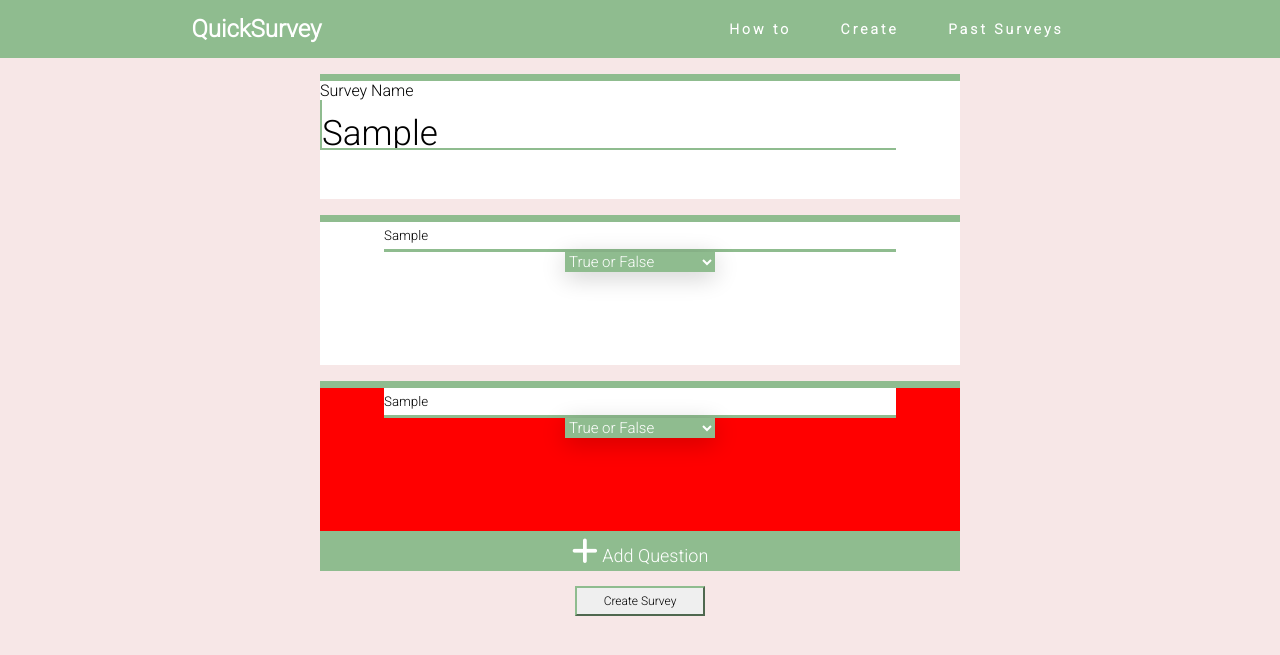
Repository: cakuang1/QuickSurvey
Page: create.html
An editor plug-in stored every save of this project. The page is shown before and after the next save, followed by the edit.
The browser window is 1280 px wide. The pictures show the whole page.
Empty fields were first filled with sample values (such as "Sample", 5 or name@example.com).
After loading, the first visible `button.adds` was clicked once.
Some web libraries are served in a nearby version.

Above is the page before, as saved 2022-01-09 22:52:41.

### create.html
<!DOCTYPE html>
<html>
<head>
    <title>QuickSurvey</title>
    <link href="https://fonts.googleapis.com/css2?family=Roboto:wght@300&display=swap" rel="stylesheet">
    <meta charset="UTF-8">
    <link rel="stylesheet" href="style.css">

    <script src="https://kit.fontawesome.com/71865f0e2e.js" crossorigin="anonymous"></script>


</head>

<body>
        <nav class="navbar">
            <div class = 'heading'>
                <h2 id = "logo">QuickSurvey</h2>
            </div>
            <ul class="nav-menu">
                <li><a href="index.html" >How to</a></li>
                <li><a href="create.html">Create</a></li>
                <li><a href="pastsurveys.html">Past Surveys</a></li>
            </ul>
        </nav>

    </div>
    <div class="namecontainer">
        <label>Survey Name </label>
        <form ><input type="text" id = "testing"Survey name="Name"></form>

    </div>
    <form action="" class="theform">
        <div class = "formdiv">
            <input type="text" class="inps" placeholder="Question 1">
            <select name="" class="selectors">
                <option value="TF">True or False</option>
                <option value="SR">Short Response</option>
            </select>
        </div>
        <div align = "center" class = "bottomdiv">
        <button type = "button" class = "adds"> <i class="fas fa-plus"></i> Add Question</button><br>
        <input type="submit" value="Create Survey" class="creates">
        </div>
    </form>

</body>
<script src="app.js"></script>
</html>

### style.css
* {
    box-sizing: border-box;
    margin: 0;
    padding: 0;
    font-family: 'Roboto', sans-serif;
}
body{
    background-color: #f7e7e7;


}
nav {
    display: flex;
    justify-content: space-around;
    align-items: center;
    min-height: 8vh;
    background-color: darkseagreen;
}

.nav-menu {
    display: flex;
    justify-content: space-around;
    width: 30%;
}


.creates {
    text-align: center;
    width: 130px;
    height:30px;
    padding: 0;
    border-color: darkseagreen;
    color: #000;
    font-size: 12px;
    margin-top: 15px;
}
.nav-menu li {
    list-style: none;
}
.nav-menu a{
    color:white;
    text-decoration: none;
    letter-spacing: 3px;
    font-weight: bold;
    font-size: 14px;
    padding: 14px 16px;

}
.nav-menu li a:hover:not(.active){
    background-color: lightseagreen;
}
.nav-ment li a.active {
    background-color: darkseagreen;
}

.namecontainer {
    background-color: white;
    width: 50%;
    margin: auto;
    margin-top: 1em;
    border-top: 7px solid darkseagreen;
    height: 125px;

}


.namecontainer input {
    width: 90%;
    height: 50px;
    background: transparent;
    border-top: none;
    border-right: none;
    border-left: 2px solid darkseagreen;
    border-bottom: 2px solid darkseagreen;
    font-size: 35px;
    outline: none;
    padding-top: 20px;
    display: inline-block;


}

.adds {
    background-color: darkseagreen;
    border: none;
    width: 50%;
    font-size: 18px;
    cursor: pointer;
    color: white;
    padding: 5px 16px;

}

.adds:hover {
    filter: brightness(95%);
}

h1 {
    text-indent: 10px;
    color:  darkseagreen;
}

.fas {
    color: white;
    font-size: 30px;

}


#home {
    background-color: rgb(176, 226, 176);
}

#logo {
    color: white;
}

#listcontainer {
    padding-top: 100px;
    width: fit-content;
    margin: auto;

}

ol {
    padding-top: 25px;
}

ol li {
    font-size: 50px;
    color: white;

}

.formdiv {
    background-color: white;
    width: 50%;margin: auto; margin-top: 1em;border-top: 7px solid darkseagreen;
    text-align: center;
    height: 150px;
}


.formdiv .inps{
    height: 30px;
    border-bottom: solid darkseagreen;
    border-left: none;
    border-top: none;
    border-right: none;
    width: 80%;
    outline: none;



}




.formdiv select {
    background-color: darkseagreen;
    color: white;
    width: 150px;
    border: none;
    font-size: 15px;
    box-shadow: 0 5px 25px rgba(0, 0, 0, 0.2);
    outline: none;

  }

### app.js

/* selectors */

let theform = document.querySelector(".theform");
let firstdiv = document.querySelector(".formdiv");
let seconddiv = document.querySelector(".bottomdiv");
let addbutton = seconddiv.querySelector(".adds");
let endbutton =seconddiv.querySelector(".creates");





addbutton.addEventListener("click",function(e) {
    let newfirstdiv = firstdiv.cloneNode(true);
    newfirstdiv.setAttribute("style", "background-color: red;");
    theform.appendChild(newfirstdiv);
    theform.appendChild(seconddiv);
    }
)




function emptyinput(input) {
    if (inputtxt.value.length == 0)
    {
        return true;
    }
    else {
        return false;

    }
}


function handleForm(event) {
    event.preventDefault();

    }





theform.addEventListener("submit",handleForm);

After the next save:
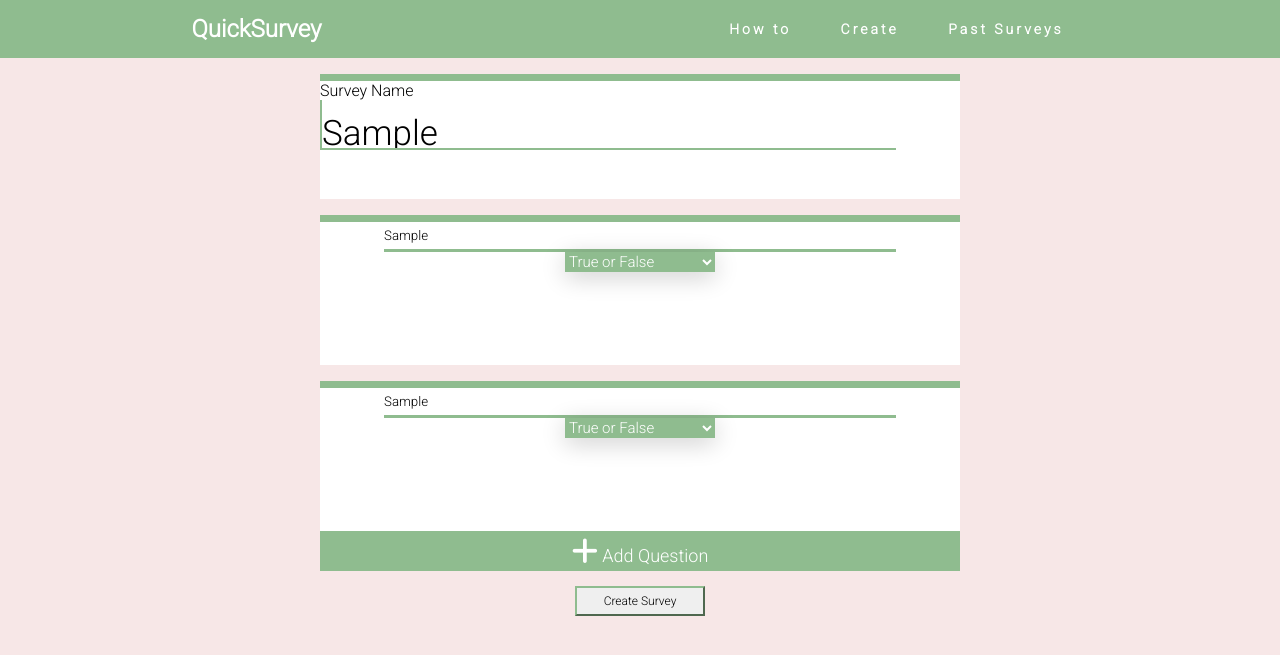
Saved 4 s later.
--- a/app.js
+++ b/app.js
@@ -13,7 +13,7 @@ let endbutton =seconddiv.querySelector(".creates");
 
 addbutton.addEventListener("click",function(e) {
     let newfirstdiv = firstdiv.cloneNode(true);
-    newfirstdiv.setAttribute("style", "background-color: red;");
+    newfirstdiv.setAttribute("value", "background-color: red;");
     theform.appendChild(newfirstdiv);
     theform.appendChild(seconddiv);
     }
